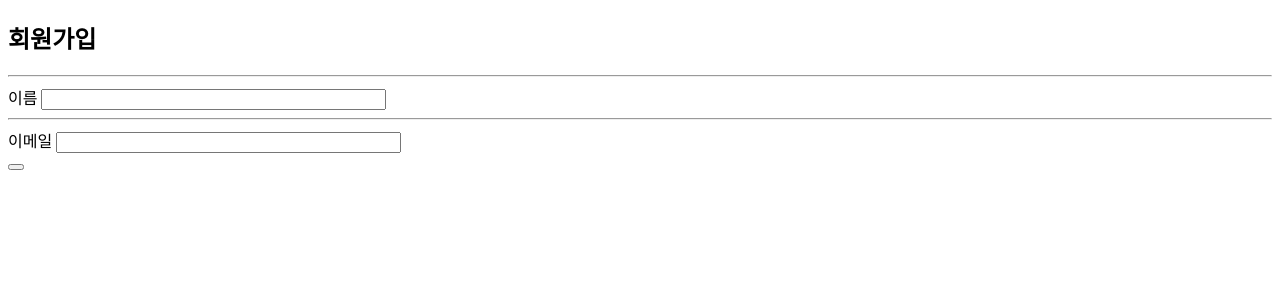
Repository: Hwater00/JSP-practice
Page: javaWorkspace/jwbook/src/main/webapp/ch03/rdgform.html
These files come from the project's save history. The page is drawn as it stood at one moment and after the next save; the edit follows.
The browser window is 1280 px wide. The pictures show the whole page.

Above is the page before, as saved 2023-07-26 07:09:36.

After the next save:
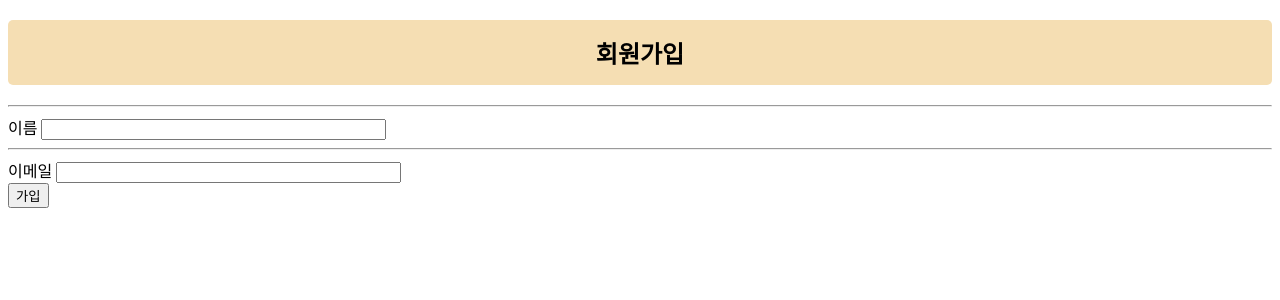
Saved 26 s later.
--- a/javaWorkspace/jwbook/src/main/webapp/ch03/rdgform.html
+++ b/javaWorkspace/jwbook/src/main/webapp/ch03/rdgform.html
@@ -3,6 +3,21 @@
 <head>
 <meta charset="UTF-8">
 <title>회원 가입 폼 만들기</title>
+<style>
+	h2{
+		border-radius: 5px;
+		background-color: wheat;
+		text-align: center;
+		padding: 15px 0;
+	}
+	#regfrom{
+		padding: 15px;
+		border-radius: 10px;
+		margin: auto;
+		width: 15px;
+		background-color: saddlebrown;
+	}
+</style>
 </head>
 <body>
 	<h2>회원가입</h2>
@@ -14,7 +29,7 @@
 			<hr>
 			<label>이메일</label>
 			<input type=email name="email" size="40"><br>
-			<button type="button" onclick="singUp()"></button>
+			<button type="button" onclick="singUp()">가입</button>
 		</form>
 	</div>
 </body>
